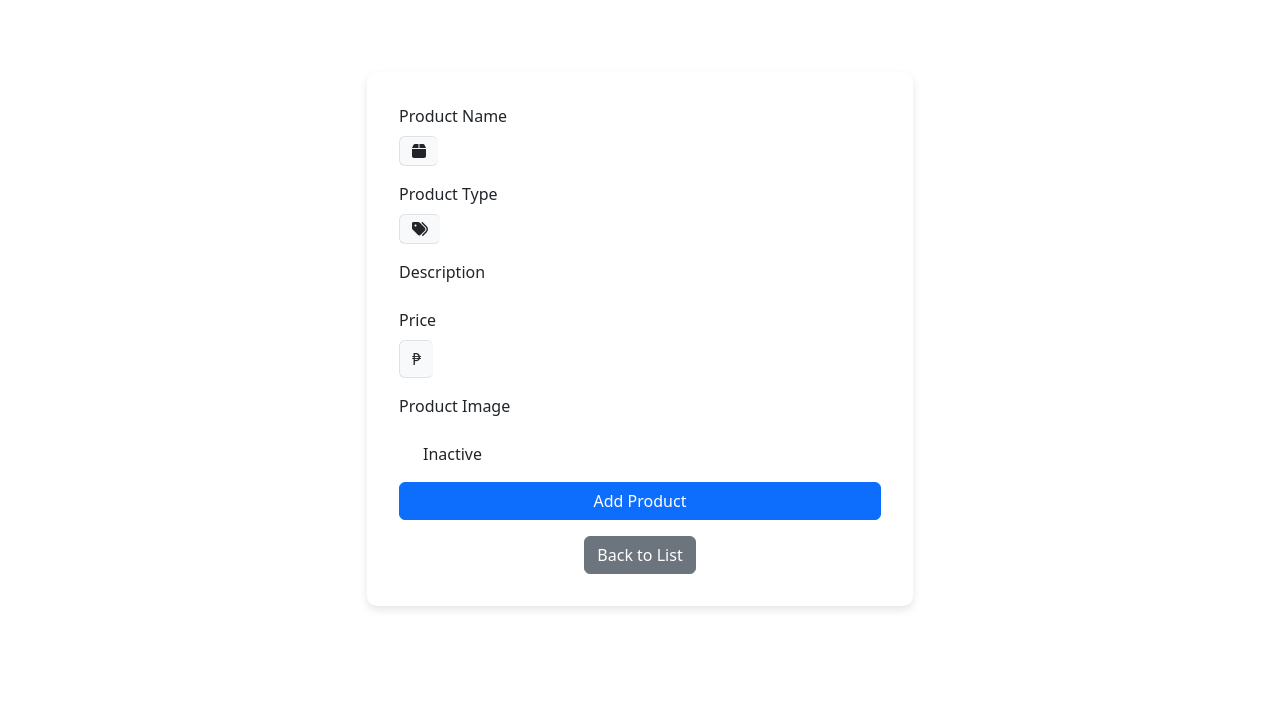
Repository: Jijiluzana225/indahagdelivery.com
Page: store/templates/store/product_form.html
The author's editor kept a copy of each file at every save. The page is drawn from the files as they stood at one save, then again after a run of saves.
The browser window is 1280 px wide. The pictures show the whole page.
The template is drawn by Django 5.2. The application's start-up code is not run. The template is opened directly, without the code that normally fills it, so the values that code supplies are empty.

Above is the page before, as saved 2025-01-22 14:35:38.

After the next 2 saves:
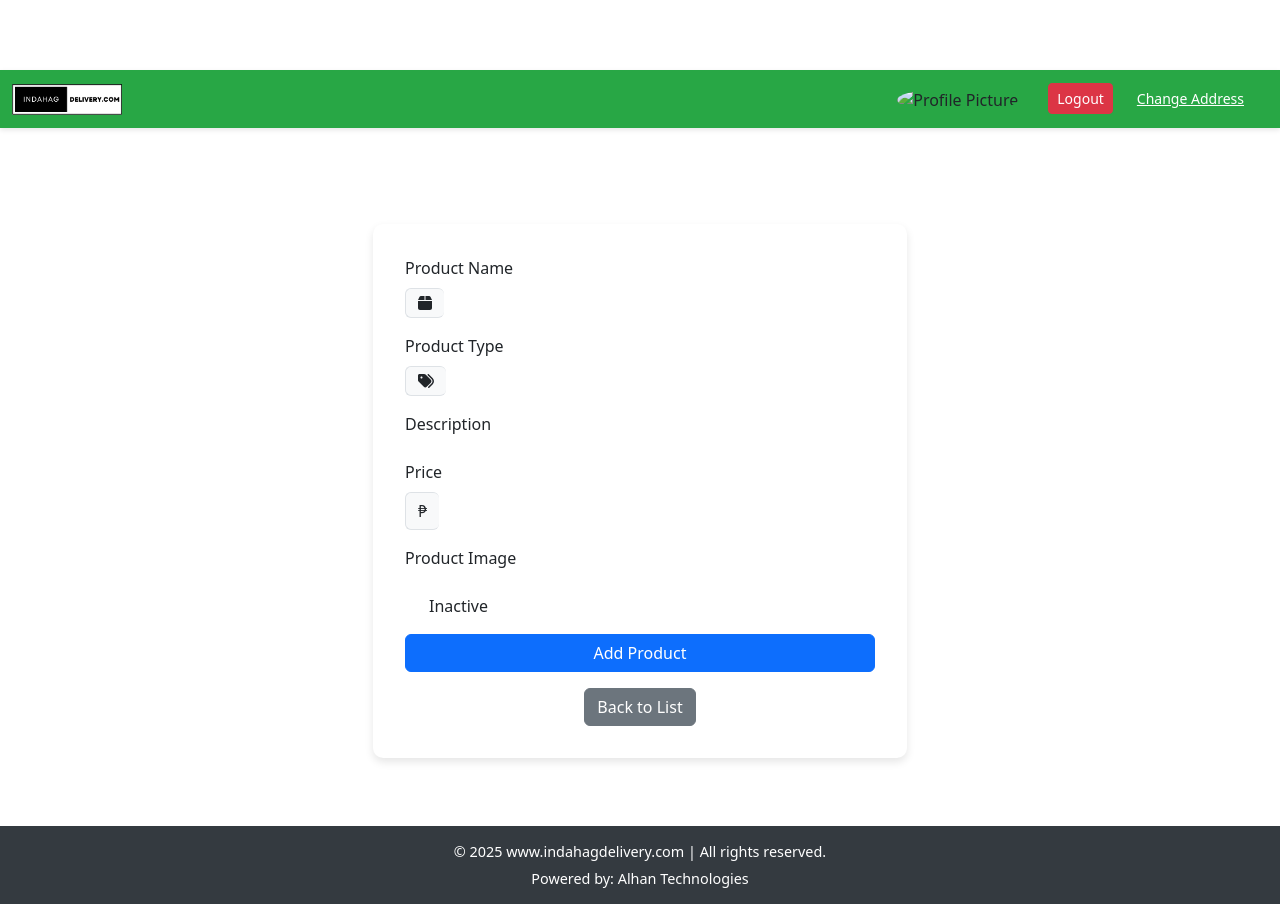
The 2 saves are shown as one change because 1 did not build or start.
The last was saved 85 s later.
--- a/store/templates/store/product_form.html
+++ b/store/templates/store/product_form.html
@@ -1,5 +1,6 @@
-<!DOCTYPE html>
-<html lang="en">
+{% extends 'store/base.html' %}
+
+{% block content %}
 <head>
     <meta charset="UTF-8">
     <meta name="viewport" content="width=device-width, initial-scale=1.0">
@@ -116,3 +117,5 @@
     <script src="https://cdnjs.cloudflare.com/ajax/libs/font-awesome/6.0.0-beta3/js/all.min.js"></script>
 </body>
 </html>
+
+{% endblock content %}
